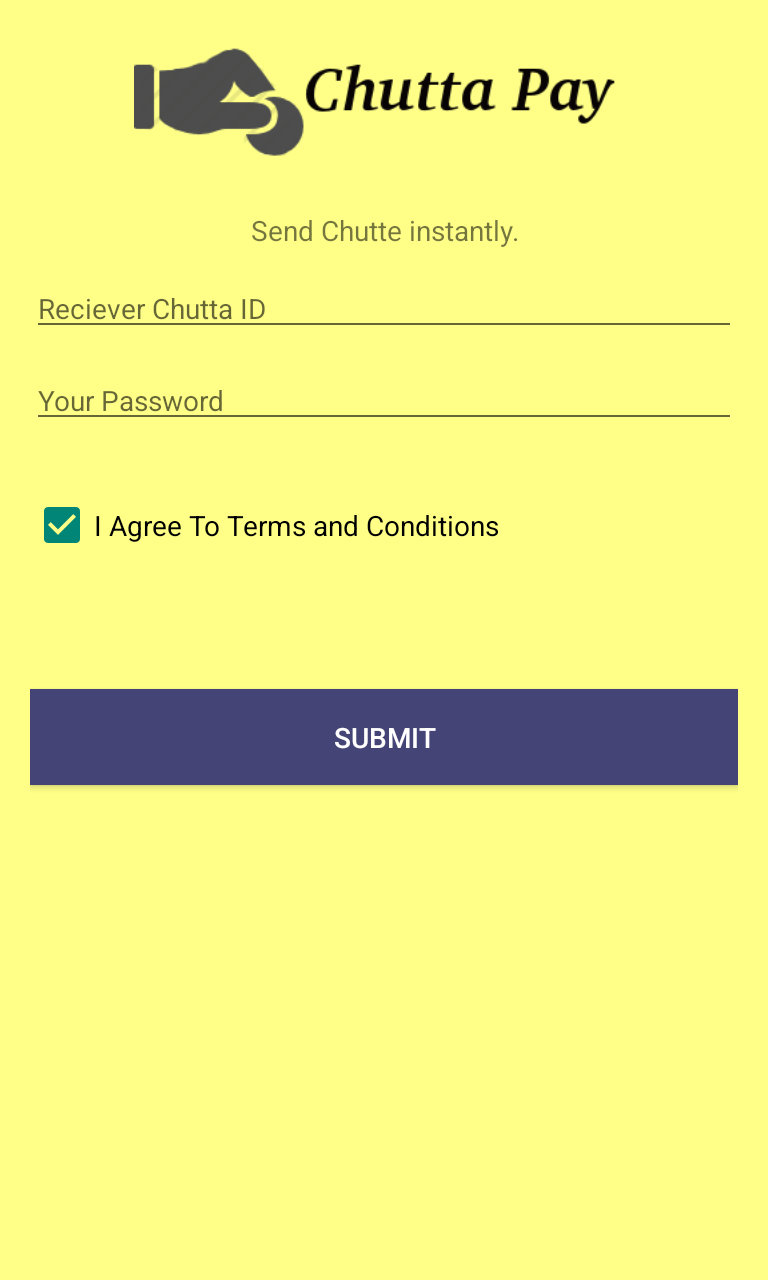
Repository: pankajksharma/chutta-pay
Layout: ChuttaPay/res/layout/payment.xml
The author's editor kept a copy of each file at every save. The layout is drawn from the files as they stood at one save, then again after the next save.
It is drawn on a 768 x 1280 px phone screen (xhdpi) without system bars, with theme AppTheme; the app's code is not run. The app's manifest (not shown) leaves right-to-left support off. So textAlignment, textDirection and layoutDirection are ignored, and left and right values win over start and end ones.

Above is the layout before, as saved 2014-04-26 14:53:39.

After the next save:
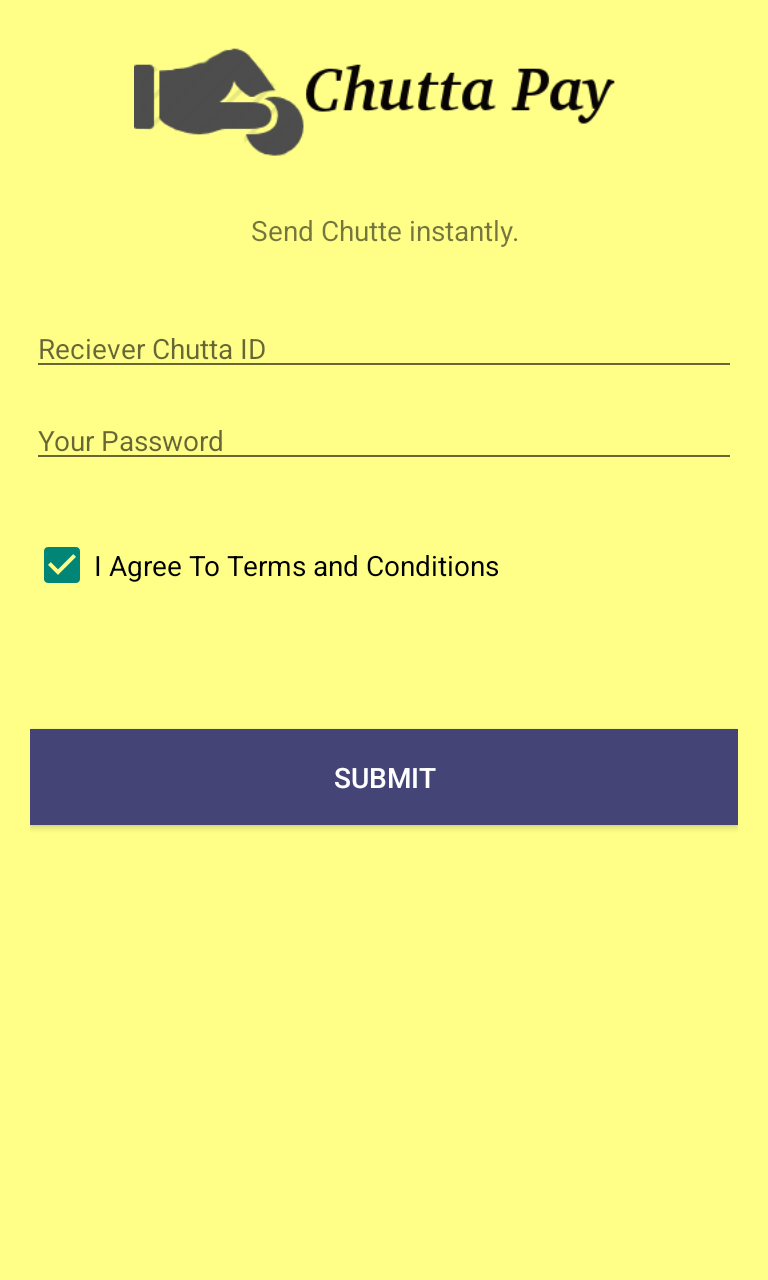
Saved 11 s later.
--- a/ChuttaPay/res/layout/payment.xml
+++ b/ChuttaPay/res/layout/payment.xml
@@ -27,7 +27,7 @@
             android:layout_width="match_parent"
             android:layout_height="wrap_content"
             android:gravity="center_horizontal"
-            android:layout_marginBottom="10dp"
+            android:layout_marginBottom="30dp"
             android:text="Send Chutte instantly." />
 
 
